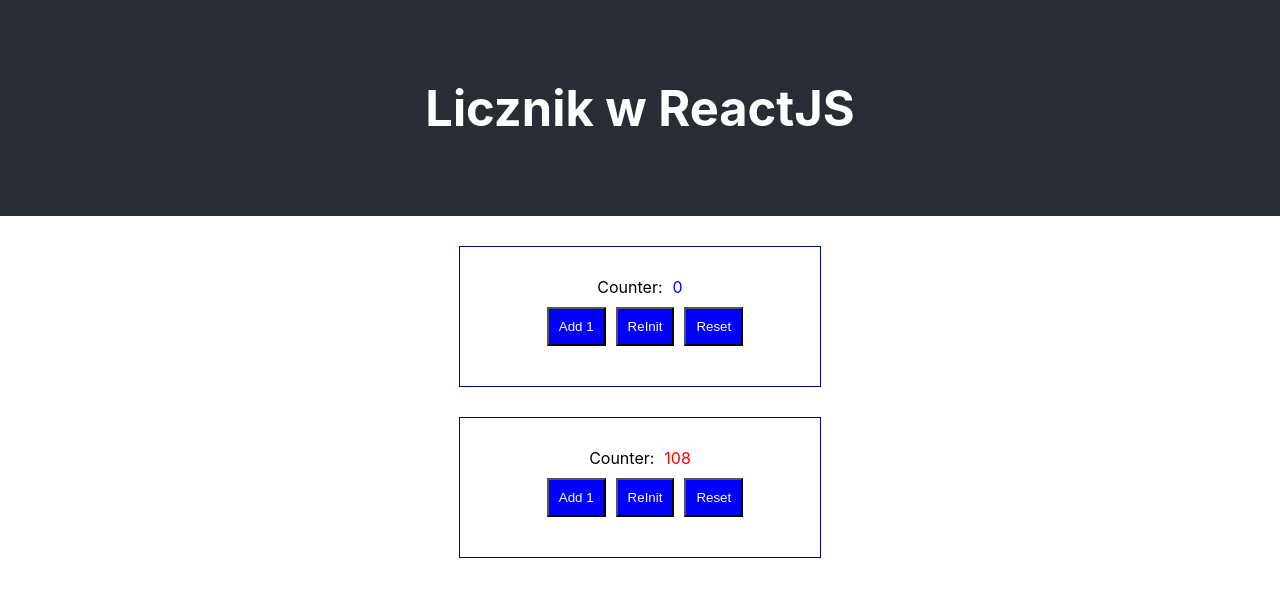
Repository: magdaf41/react-counter-app
Page: /
The author's editor kept a copy of each file at every save. The page is drawn from the files as they stood at one save, then again after the next save.
The browser window is 1280 px wide. The pictures show the whole page.
The project was rebuilt for these pictures with package versions that can differ from the ones it lists, and the page was loaded fresh each time.

Above is the page before, as saved 2020-10-04 19:20:47.

### src/App.js
import React from 'react';
import './App.css';

import Counter from  './Counter';

function App() {
  return (
    <div className="App">
      <header className="App-header">
        <h1>Licznik w ReactJS</h1>
      </header>
      <Counter initValue={0} />
      <Counter initValue={108}/>
    </div>
  );

}
export default App;

### src/Counter.js
import React, {Component} from 'react';
import "./Counter.css";

import Display from './Display';
import ButtonsPanel from './ButtonsPanel'
// import { Component } from 'react';

class Counter extends Component {

    constructor(props){
        super(props);

        this.state = {
            counterValue: this.props.initValue
        };
    }

    changeValue = () => {
        this.setState((prevState) => {
            return ({
                counterValue:prevState.counterValue + 1
            })
        });
        // console.log(`changeValue clicked!`);
    }
    render() {

        return (
            <div className="counter">
                Counter:
                <Display displayValue = {this.state.counterValue} />
                <ButtonsPanel />
            </div>
        );
    }
}

export default Counter;




// function Counter(props) {

//     let randomNumber = Math.floor(Math.random() * (108 - 1 + 1) + 1);

//     return (
//         <div className="counter">
//             Counter:
//             <span className="value">
//                 {props.initValue}
//             </span>
//         </div>
//     );
// }

// export default Counter;

### src/Counter.css
.counter {
    border: 1px solid darkblue;
    padding: 30px;
    width: 300px;
    left: 0;
    right: 0;
    margin: 30px auto;
}

.counter span.value {
    margin-left: 10px;

}

### src/Display.js
import React from 'react';
import './Display.css';

function Display(props) {
    return(
        <span className={`value ${(props.displayValue <= 5) ? 'blue' : 'red'}`}>
            {props.displayValue}
        </span>
    );
}

export default Display;

### src/ButtonsPanel.js
import React from 'react';

import './ButtonsPanel.css'

function ButtonsPanel(props) {

    return (
        <div className="buttons-panel">
            <button>Add 1</button>
            <button>ReInit</button>
            <button>Reset</button>
        </div>
    );
}

export default ButtonsPanel;

### src/ButtonsPanel.css
button {
    margin: 10px 0 10px 10px;
    padding: 10px;
    background-color: blue;
    color: white;
}

Loaded but not shown: public/index.html (common file); src/index.js (common file); src/index.css (common file); src/serviceWorker.js (common file); src/App.css (common file); src/Display.css (common file)

After the next save:
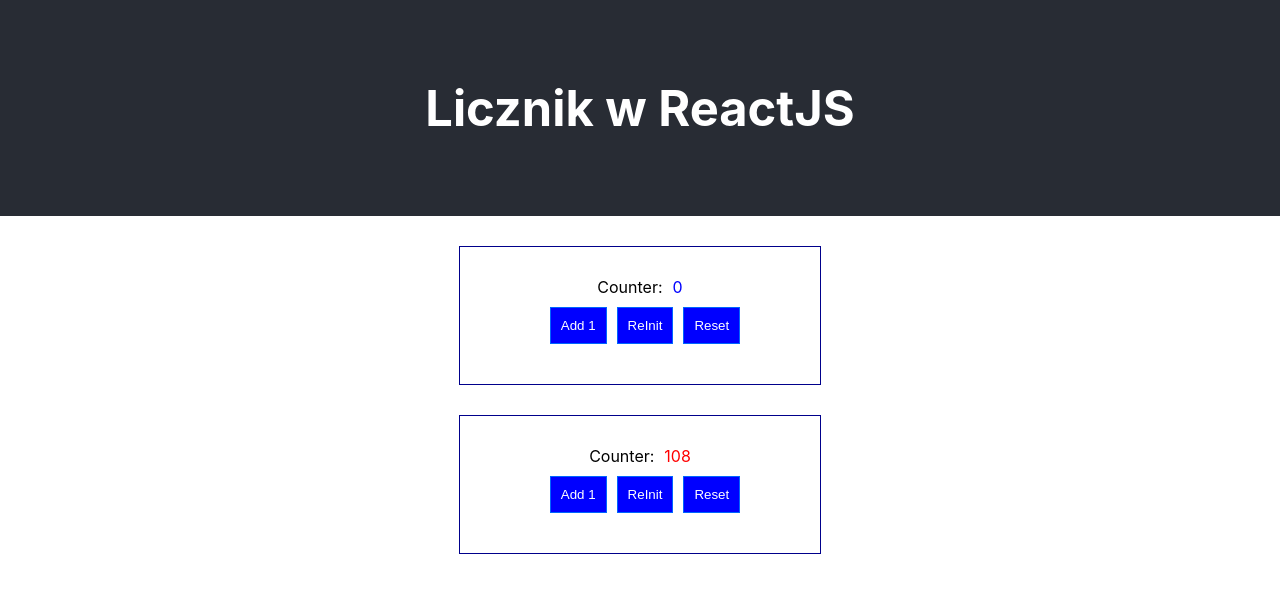
Saved 27 s later.
--- a/src/ButtonsPanel.css
+++ b/src/ButtonsPanel.css
@@ -3,4 +3,5 @@ button {
     padding: 10px;
     background-color: blue;
     color: white;
+    border: 1px solid #0066ff;
 }
